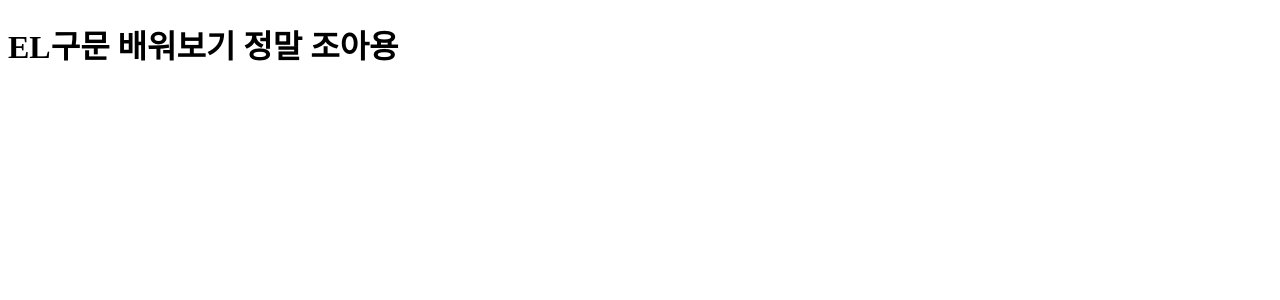
Repository: rlaehqkf/java_practice
Page: http://localhost/ActionProject/el.do
These files come from the project's save history. The page is drawn as it stood at one moment and after the next save; the edit follows.
The browser window is 1280 px wide. The pictures show the whole page.
The page is served by Tomcat 9.

Above is the page before, as saved 2026-05-06 05:37:47.

After the next save:
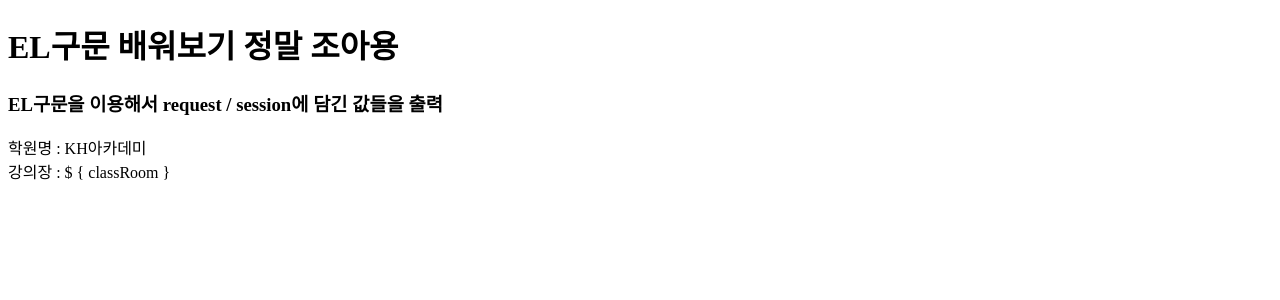
Saved 7 min 29 s later.
--- a/ActionProject/src/main/webapp/WEB-INF/views/01_el.jsp
+++ b/ActionProject/src/main/webapp/WEB-INF/views/01_el.jsp
@@ -33,13 +33,16 @@
 			<li> 이름 : <%= student.getName() %></li>
 			<li> 나이 : <%= student.getAge() %></li>
 			<li> 주소 : <%= student.getAdress() %></li>
-
-
 		</ul>
-
 	</p>
 	--%>
 
+	<h3>EL구문을 이용해서 request / session에 담긴 값들을 출력</h3>
+
+	<p>
+		학원명 : ${ academy } <br>
+		강의장 : $ { classRoom } <br>
+	</p>
 
 
 
